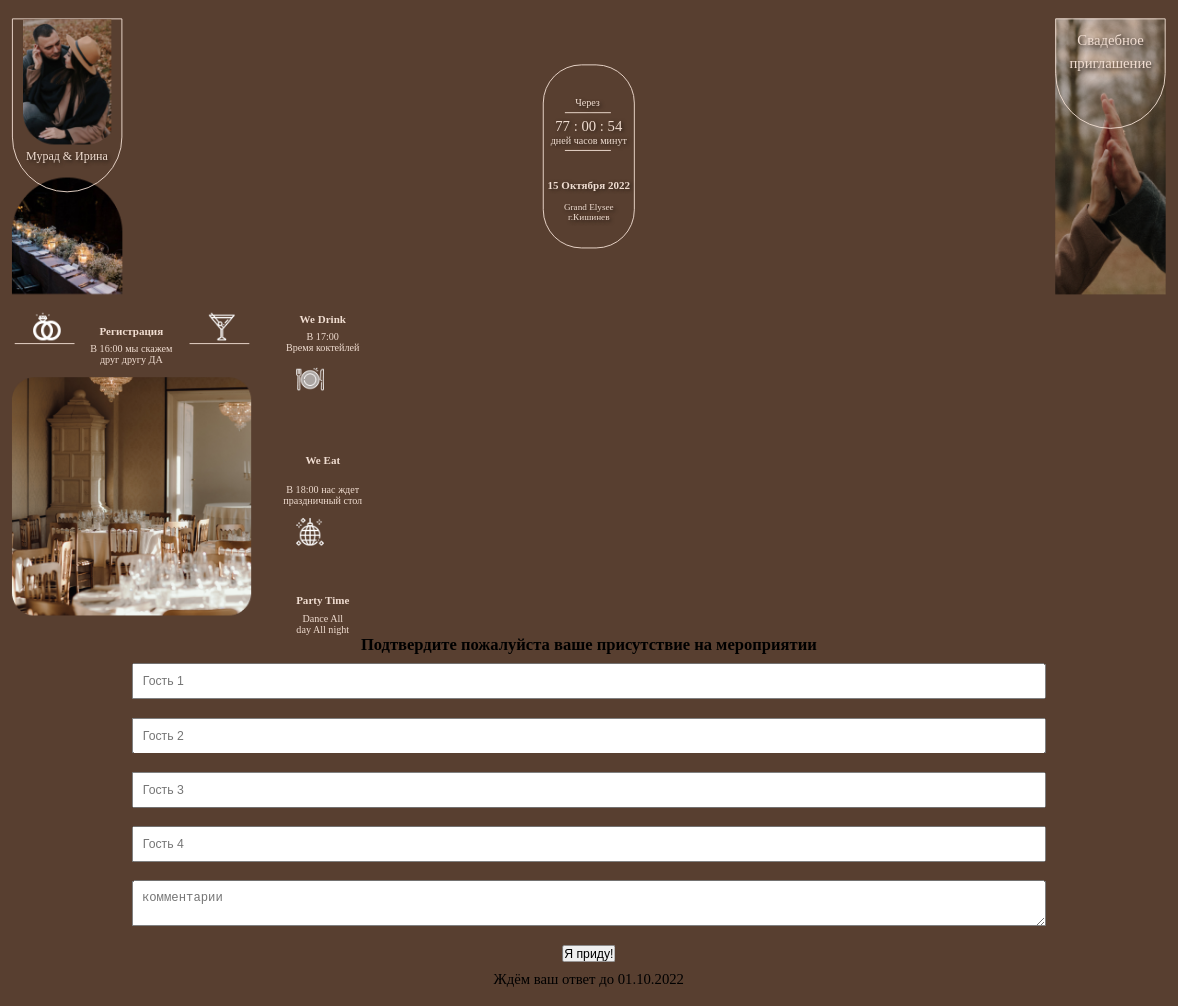
Repository: Anthony8845/wedding_invitation
Page: index.html
An editor plug-in stored every save of this project. The page is shown before and after the next save, followed by the edit.
The browser window is 1280 px wide. The pictures show the whole page, at 92% of full size.

Above is the page before, as saved 2022-07-30 11:07:43.

After the next save:
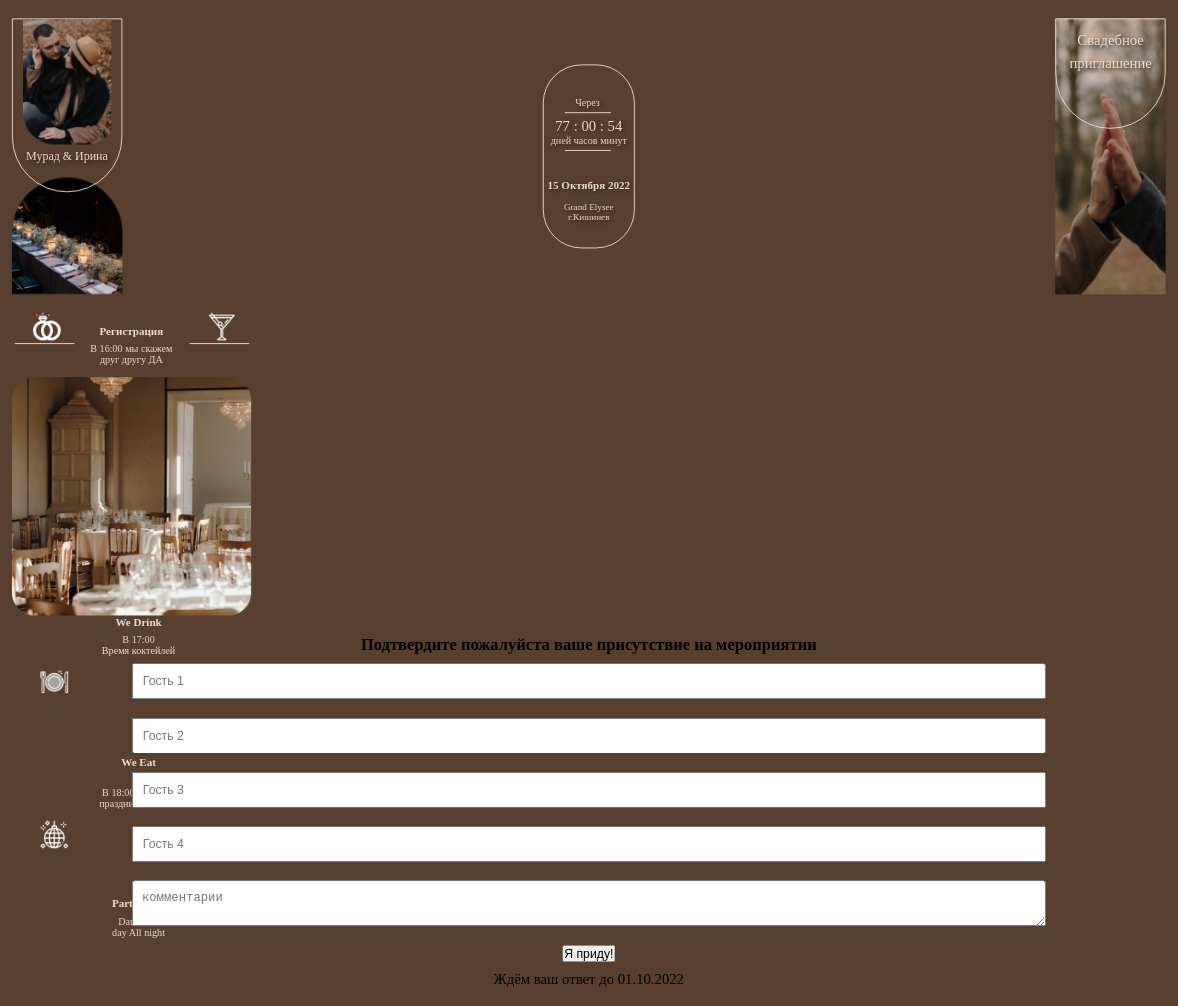
Saved 22 s later.
--- a/style.css
+++ b/style.css
@@ -158,9 +158,9 @@ body{
     color: rgb(240, 221, 209);
     max-width: 390px;
     height: 350px;
-    display: flex;
-    flex-direction: column;
-    flex-wrap: wrap;
+    /* display: flex;
+    flex-direction: column;
+    flex-wrap: wrap; */
 
 }
 .timetable_block {
